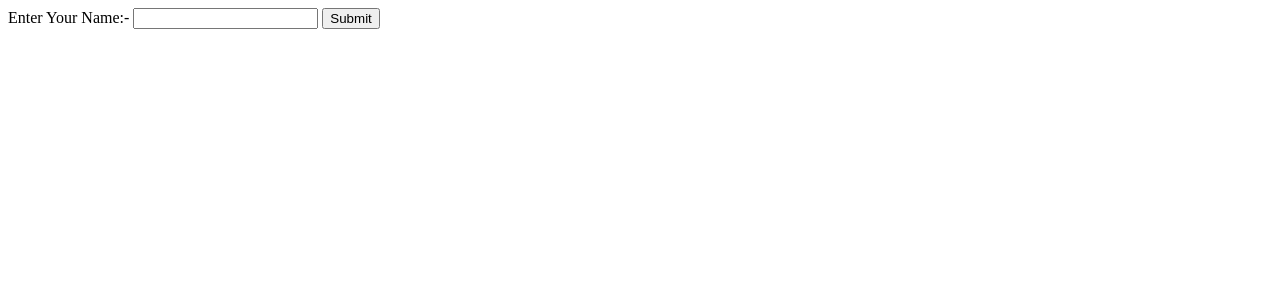
Repository: Bhushan1307/jewelltechno
Page: db-web-app/src/main/webapp/index.html
These files come from the project's save history. The page is drawn as it stood at one moment and after a run of saves; the edit follows.
The browser window is 1280 px wide. The pictures show the whole page.

Above is the page before, as saved 2023-02-14 12:14:20.

After the next 2 saves:
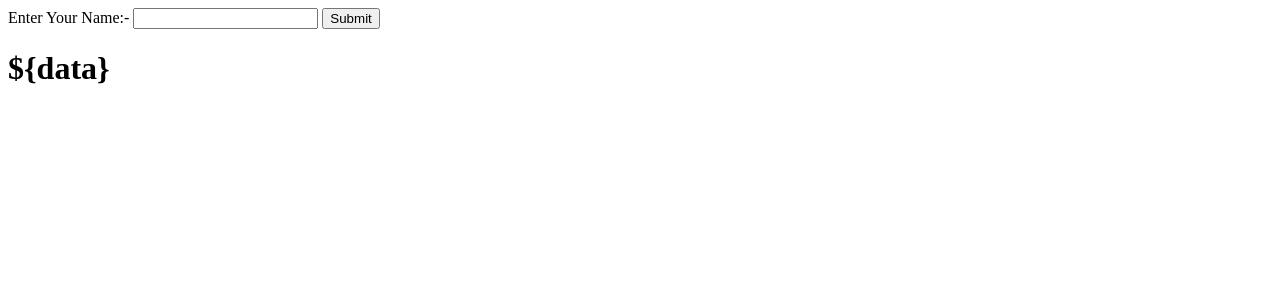
The 2 saves are shown as one change because they came seconds apart.
The last was saved 88 min 10 s later.
--- a/db-web-app/src/main/webapp/index.html
+++ b/db-web-app/src/main/webapp/index.html
@@ -5,11 +5,12 @@
 <title>Insert title here</title>
 </head>
 <body>
-		<form action="search">
+		<form action="search	">
 		<label>Enter Your Name:- </label>
 		<input type="text" name="q">
 		<input type="submit">
+		</form>
 
-		</form>
+		<h1>${data}</h1>
 </body>
 </html>

After the save that followed:
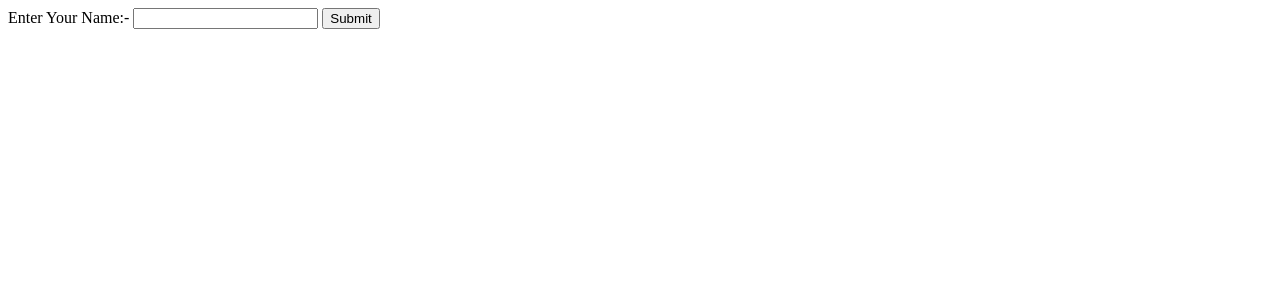
Saved 77 s later.
--- a/db-web-app/src/main/webapp/index.html
+++ b/db-web-app/src/main/webapp/index.html
@@ -11,6 +11,6 @@
 		<input type="submit">
 		</form>
 
-		<h1>${data}</h1>
+
 </body>
 </html>
